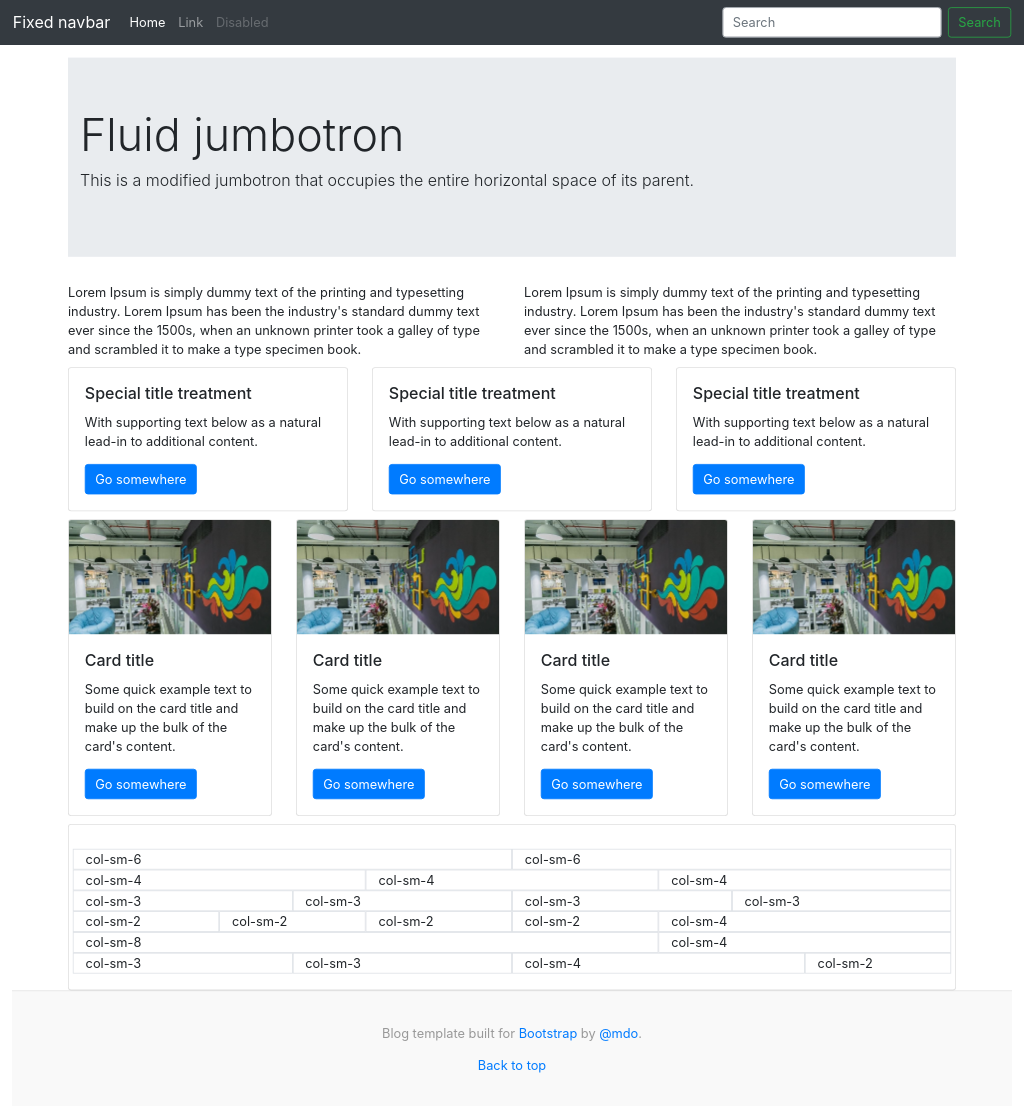
Repository: Green-Technologies-Angular/HTML
Page: index.html
The author's editor kept a copy of each file at every save. The page is drawn from the files as they stood at one save, then again after a run of saves.
The browser window is 1280 px wide. The pictures show the whole page, at 80% of full size.

Above is the page before, as saved 2019-02-09 12:19:42.

### index.html
<!DOCTYPE html>
<html>

<head>
    <title>Title of the document</title>
    <link rel="stylesheet" href="css/bootstrap.css">
    <link rel="stylesheet" href="css/index.css">
    <style>
        body {
            min-height: 75rem;
            padding-top: 4.5rem;
        }
        .border {
            border: 1px solid #ccc;
        }

        .bg-nav {
            background: green;
        }
    </style>
    <script>
        localStorage.setItem("name", "tamilsdfsdfsdfsdfmani");
        console.log(localStorage.getItem('name'));
    </script>
</head>

<body>
    <div class="container-fluid">
        <nav class="navbar navbar-expand-md navbar-dark fixed-top bg-dark">
            <a class="navbar-brand" href="#">Fixed navbar</a>
            <button class="navbar-toggler" type="button" data-toggle="collapse" data-target="#navbarCollapse"
                aria-controls="navbarCollapse" aria-expanded="false" aria-label="Toggle navigation">
                <span class="navbar-toggler-icon"></span>
            </button>
            <div class="collapse navbar-collapse" id="navbarCollapse">
                <ul class="navbar-nav mr-auto">
                    <li class="nav-item active">
                        <a class="nav-link" href="#">Home <span class="sr-only">(current)</span></a>
                    </li>
                    <li class="nav-item">
                        <a class="nav-link" href="#">Link</a>
                    </li>
                    <li class="nav-item">
                        <a class="nav-link disabled" href="#">Disabled</a>
                    </li>
                </ul>
                <form class="form-inline mt-2 mt-md-0">
                    <input class="form-control mr-sm-2" type="text" placeholder="Search" aria-label="Search">
                    <button class="btn btn-outline-success my-2 my-sm-0" type="submit">Search</button>
                </form>
            </div>
        </nav>
        <main class="container">
            <div class="jumbotron jumbotron-fluid">
                <div class="container">
                    <h1 class="display-4">Fluid jumbotron</h1>
                    <p class="lead">This is a modified jumbotron that occupies the entire horizontal space of its
                        parent.</p>
                </div>
            </div>
            <div class="row">
                <div class="col-xl-6 col-lg-6 col-md-6 col-sm-6">
                    Lorem Ipsum is simply dummy text of the printing and typesetting industry. Lorem Ipsum has been the
                    industry's standard dummy text ever since the 1500s, when an unknown printer took a galley of type
                    and
                    scrambled it to make a type specimen book.
                </div>
                <div class="col-xl-6 col-lg-6 col-md-6 col-sm-6">
                    Lorem Ipsum is simply dummy text of the printing and typesetting industry. Lorem Ipsum has been the
                    industry's standard dummy text ever since the 1500s, when an unknown printer took a galley of type
                    and
                    scrambled it to make a type specimen book.
                </div>
            </div>
            <div class="row" style="padding-top:10px;">
                <div class="col-sm-4">
                    <div class="card">
                        <div class="card-body">
                            <h5 class="card-title">Special title treatment</h5>
                            <p class="card-text">With supporting text below as a natural lead-in to additional content.</p>
                            <a href="#" class="btn btn-primary">Go somewhere</a>
                        </div>
                    </div>
                </div>
                <div class="col-sm-4">
                    <div class="card">
                        <div class="card-body">
                            <h5 class="card-title">Special title treatment</h5>
                            <p class="card-text">With supporting text below as a natural lead-in to additional content.</p>
                            <a href="#" class="btn btn-primary">Go somewhere</a>
                        </div>
                    </div>
                </div>
                <div class="col-sm-4">
                    <div class="card">
                        <div class="card-body">
                            <h5 class="card-title">Special title treatment</h5>
                            <p class="card-text">With supporting text below as a natural lead-in to additional content.</p>
                            <a href="#" class="btn btn-primary">Go somewhere</a>
                        </div>
                    </div>
                </div>
            </div>
            <div class="row" style="padding-top:10px;">
                <div class="col-sm-3">
                    <div class="card">
                        <div class="card-body p-0">
                            <img src="images/Download.jpg" class="card-img-top" alt="...">
                            <div class="card-body">
                                <h5 class="card-title">Card title</h5>
                                <p class="card-text">Some quick example text to build on the card title and make up the
                                    bulk of
                                    the
                                    card's content.</p>
                                <a href="#" class="btn btn-primary">Go somewhere</a>
                            </div>
                        </div>
                    </div>
                </div>
                <div class="col-sm-3">
                    <div class="card">
                        <div class="card-body p-0">
                            <img src="images/Download.jpg" class="card-img-top" alt="...">
                            <div class="card-body">
                                <h5 class="card-title">Card title</h5>
                                <p class="card-text">Some quick example text to build on the card title and make up the
                                    bulk of
                                    the
                                    card's content.</p>
                                <a href="#" class="btn btn-primary">Go somewhere</a>
                            </div>
                        </div>
                    </div>
                </div>
                <div class="col-sm-3">
                    <div class="card">
                        <div class="card-body p-0">
                            <img src="images/Download.jpg" class="card-img-top" alt="...">
                            <div class="card-body">
                                <h5 class="card-title">Card title</h5>
                                <p class="card-text">Some quick example text to build on the card title and make up the
                                    bulk of
                                    the
                                    card's content.</p>
                                <a href="#" class="btn btn-primary">Go somewhere</a>
                            </div>
                        </div>
                    </div>
                </div>
                <div class="col-sm-3">
                    <div class="card">
                        <div class="card-body p-0">
                            <img src="images/Download.jpg" class="card-img-top" alt="...">
                            <div class="card-body">
                                <h5 class="card-title">Card title</h5>
                                <p class="card-text">Some quick example text to build on the card title and make up the
                                    bulk of
                                    the
                                    card's content.</p>
                                <a href="#" class="btn btn-primary">Go somewhere</a>
                            </div>
                        </div>
                    </div>
                </div>
            </div>

            <div class="row" style="padding-top: 10px;"></div>

            <div class="card" style="padding-top:10px;">
                <div class="card-body">
                    <div class="row">
                        <div class="col-sm-6 border">col-sm-6</div>
                        <div class="col-sm-6 border">col-sm-6</div>
                    </div>
                    <div class="row">
                        <div class="col-sm-4 border">col-sm-4</div>
                        <div class="col-sm-4 border">col-sm-4</div>
                        <div class="col-sm-4 border">col-sm-4</div>
                    </div>
                    <div class="row">
                        <div class="col-sm-3 border">col-sm-3</div>
                        <div class="col-sm-3 border">col-sm-3</div>
                        <div class="col-sm-3 border">col-sm-3</div>
                        <div class="col-sm-3 border">col-sm-3</div>
                    </div>
                    <div class="row">
                        <div class="col-sm-2 border">col-sm-2</div>
                        <div class="col-sm-2 border">col-sm-2</div>
                        <div class="col-sm-2 border">col-sm-2</div>
                        <div class="col-sm-2 border">col-sm-2</div>
                        <div class="col-sm-4 border">col-sm-4</div>
                    </div>
                    <div class="row">
                        <div class="col-sm-8 border">col-sm-8</div>
                        <div class="col-sm-4 border">col-sm-4</div>
                    </div>
                    <div class="row">
                        <div class="col-sm-3 border">col-sm-3</div>
                        <div class="col-sm-3 border">col-sm-3</div>
                        <div class="col-sm-4 border">col-sm-4</div>
                        <div class="col-sm-2 border">col-sm-2</div>
                    </div>
                </div>
            </div>
        </main>
        <footer class="blog-footer">
            <p>Blog template built for <a href="https://getbootstrap.com/">Bootstrap</a> by <a href="https://twitter.com/mdo">@mdo</a>.</p>
            <p>
                <a href="#">Back to top</a>
            </p>
        </footer>
    </div>
    <script src="script/jquery.js"></script>
    <script src="script/popper.js"></script>
    <script src="script/bootstrap.js"></script>
</body>

</html>

### css/index.css
.bg-nav{
    background: red;
}
/*
 * Footer
 */
 .blog-footer {
    padding: 2.5rem 0;
    color: #999;
    text-align: center;
    background-color: #f9f9f9;
    border-top: .05rem solid #e5e5e5;
  }
  .blog-footer p:last-child {
    margin-bottom: 0;
  }
@media (min-width: 1200px) {
    .bg-nav{
        background: red;
        margin-top:100px;
    }
 }

Loaded but not shown: css/bootstrap.css (library); script/jquery.js (library); script/popper.js (library); script/bootstrap.js (library)

After the next 2 saves:
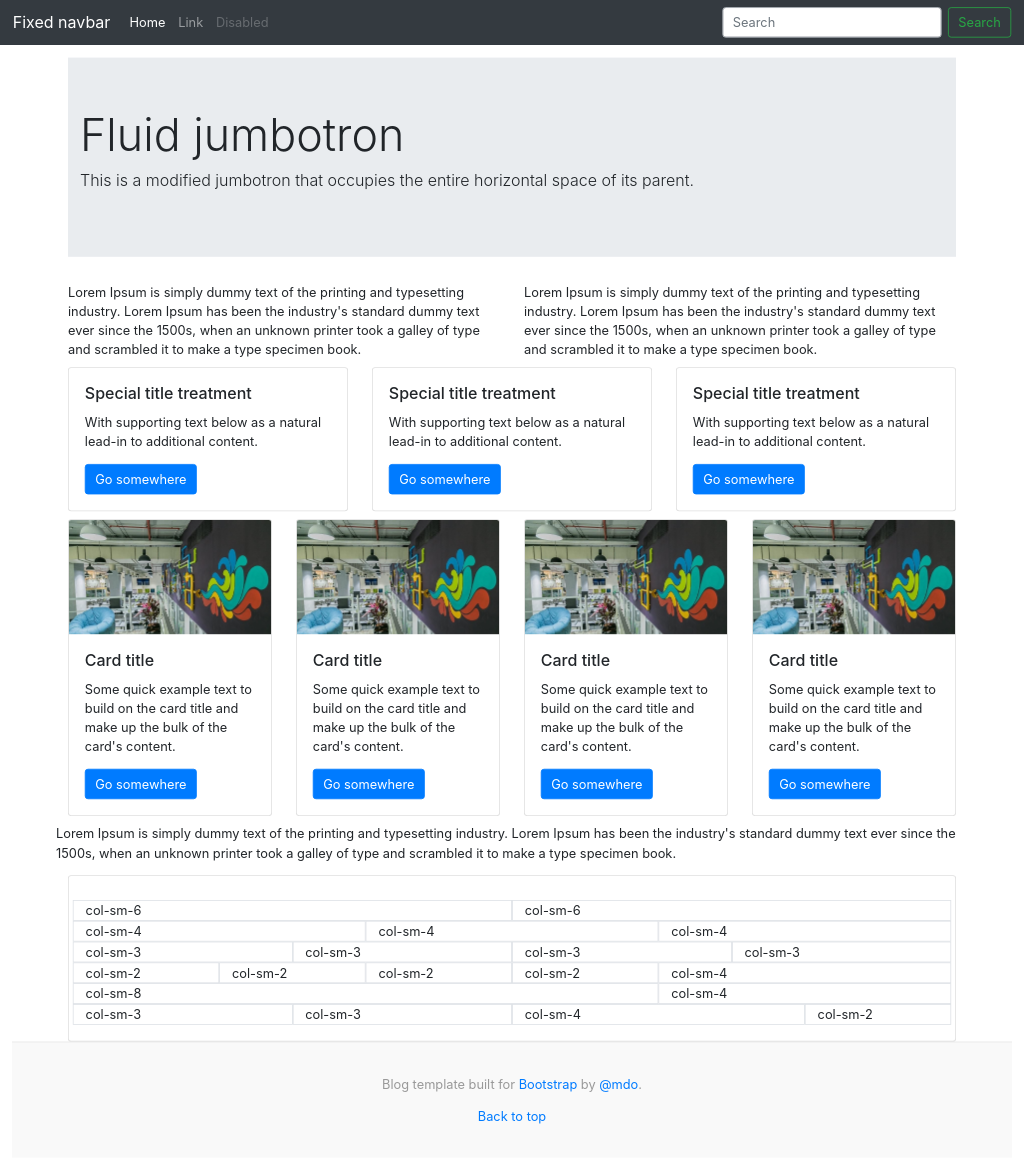
The 2 saves are shown as one change because they came seconds apart.
The last was saved 28 s later.
--- a/index.html
+++ b/index.html
@@ -164,7 +164,13 @@
                 </div>
             </div>
 
-            <div class="row" style="padding-top: 10px;"></div>
+            <div class="row" style="padding-top: 10px;">
+                <p>
+                    Lorem Ipsum is simply dummy text of the printing and typesetting industry. Lorem Ipsum has been the
+                    industry's standard dummy text ever since the 1500s, when an unknown printer took a galley of type
+                    and scrambled it to make a type specimen book.
+                </p>
+            </div>
 
             <div class="card" style="padding-top:10px;">
                 <div class="card-body">
